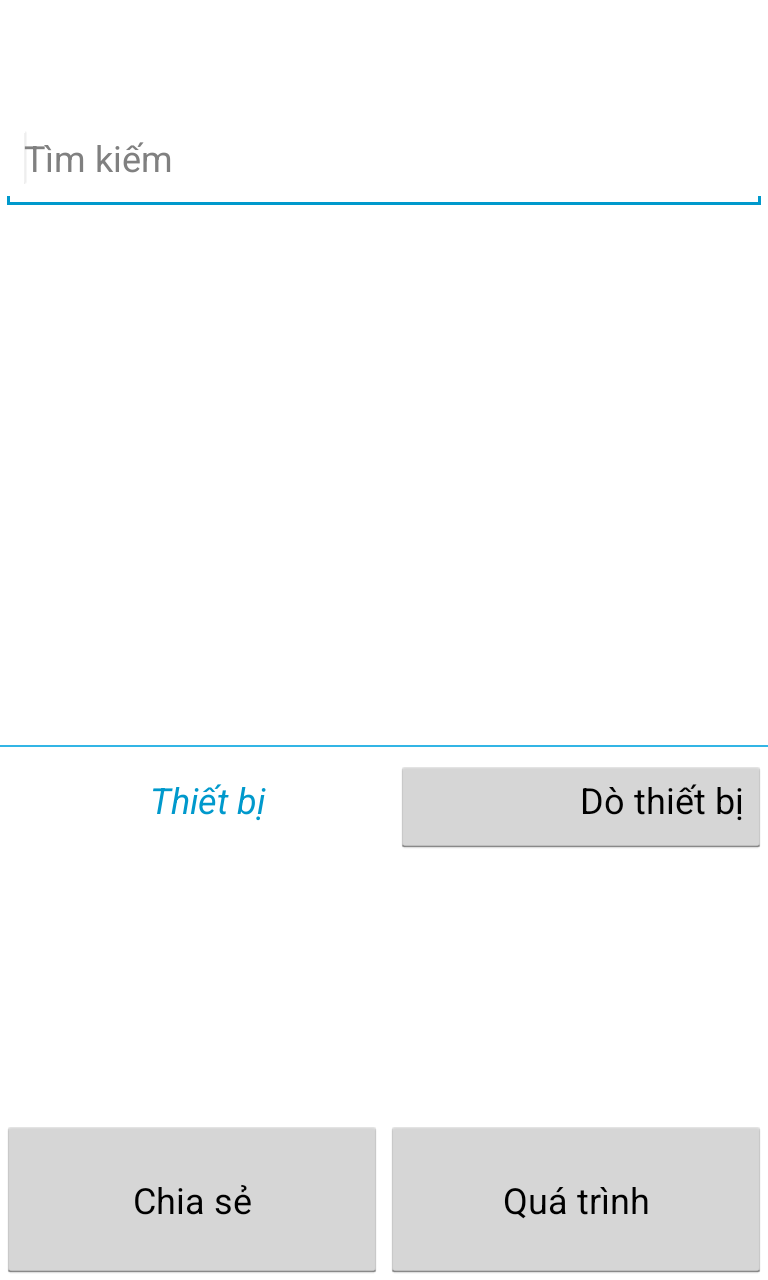
Repository: thinhnk55/android-appshare
Layout: ShareApp/res/layout/activity_main.xml
These files come from the project's save history. The layout is drawn as it stood at one moment and after the next save; the edit follows.
It is drawn on a 768 x 1280 px phone screen (xhdpi) without system bars, with theme AppTheme; the app's code is not run.

Above is the layout before, as saved 2014-07-17 15:50:47.

### ShareApp/res/layout/activity_main.xml
<RelativeLayout xmlns:android="http://schemas.android.com/apk/res/android"
    xmlns:tools="http://schemas.android.com/tools"
    android:layout_width="match_parent"
    android:layout_height="match_parent"
    tools:context=".MainActivity" >

    <TabHost
        android:id="@android:id/tabhost"
        android:layout_width="match_parent"
        android:layout_height="match_parent"
        android:layout_alignParentLeft="true"
        android:layout_alignParentTop="true" >

        <LinearLayout
            android:layout_width="match_parent"
            android:layout_height="match_parent"
            android:orientation="vertical"
            android:weightSum="120" >

            <TabWidget
                android:id="@android:id/tabs"
                android:layout_width="match_parent"
                android:layout_height="0dp"
                android:layout_weight="10" >
            </TabWidget>

            <AutoCompleteTextView
                android:id="@+id/autoCompleteTextView1"
                android:layout_width="match_parent"
                android:layout_height="0dp"
                android:layout_weight="10"
                android:ems="10"
                android:hint="@string/search" >

                <requestFocus
                    android:layout_width="wrap_content"
                    android:layout_height="wrap_content" />
            </AutoCompleteTextView>

            <FrameLayout
                android:id="@android:id/tabcontent"
                android:layout_width="match_parent"
                android:layout_height="0dp"
                android:layout_weight="50" >
            </FrameLayout>

            <View
                android:layout_width="match_parent"
                android:layout_height="1dp"
                android:background="@android:color/holo_blue_light" />

            <LinearLayout
                android:layout_width="match_parent"
                android:layout_height="0dp"
                android:layout_weight="10"
                android:weightSum="20" >

                <TextView
                    android:id="@+id/textView1"
                    android:layout_width="0dp"
                    android:layout_height="match_parent"
                    android:layout_marginLeft="10dp"
                    android:layout_weight="10"
                    android:gravity="center"
                    android:text="@string/device"
                    android:textAppearance="?android:attr/textAppearanceMedium"
                    android:textColor="@android:color/holo_blue_dark"
                    android:textStyle="italic" />

                <Button
                    android:id="@+id/btScan"
                    android:layout_width="0dp"
                    android:layout_height="wrap_content"
                    android:layout_weight="10"
                    android:gravity="right"
                    android:text="@string/scan" />

            </LinearLayout>

            <HorizontalScrollView
                android:id="@+id/horizontalScrollView1"
                android:layout_width="match_parent"
                android:layout_height="0dp"
                android:layout_weight="25" >

                <LinearLayout
                    android:layout_width="wrap_content"
                    android:layout_height="match_parent"
                    android:orientation="horizontal" >
                </LinearLayout>
            </HorizontalScrollView>

            <LinearLayout
                android:layout_width="match_parent"
                android:layout_height="0dp"
                android:layout_weight="15"
                android:weightSum="20" >

                <Button
                    android:id="@+id/button2"
                    android:layout_width="0dp"
                    android:layout_height="match_parent"
                    android:layout_weight="10"
                    android:text="@string/share" />

                <Button
                    android:id="@+id/button3"
                    android:layout_width="0dp"
                    android:layout_height="match_parent"
                    android:layout_weight="10"
                    android:text="@string/progress" />
            </LinearLayout>
        </LinearLayout>
    </TabHost>

</RelativeLayout>

### ShareApp/res/values/strings.xml
<?xml version="1.0" encoding="utf-8"?>
<resources>

    <string name="app_name">ShareApp</string>
    <string name="action_settings">Settings</string>
    <string name="hello_world">Hello world!</string>
    <string name="device">Thiết bị</string>
    <string name="share">Chia sẻ</string>
    <string name="progress">Quá trình</string>
    <string name="search">Tìm kiếm</string>
    <string name="scan">Dò thiết bị</string>

</resources>

Loaded but not shown: ShareApp/res/values/styles.xml (common file); ShareApp/res/values-v11/styles.xml (common file); ShareApp/res/values-v14/styles.xml (common file)

After the next save:
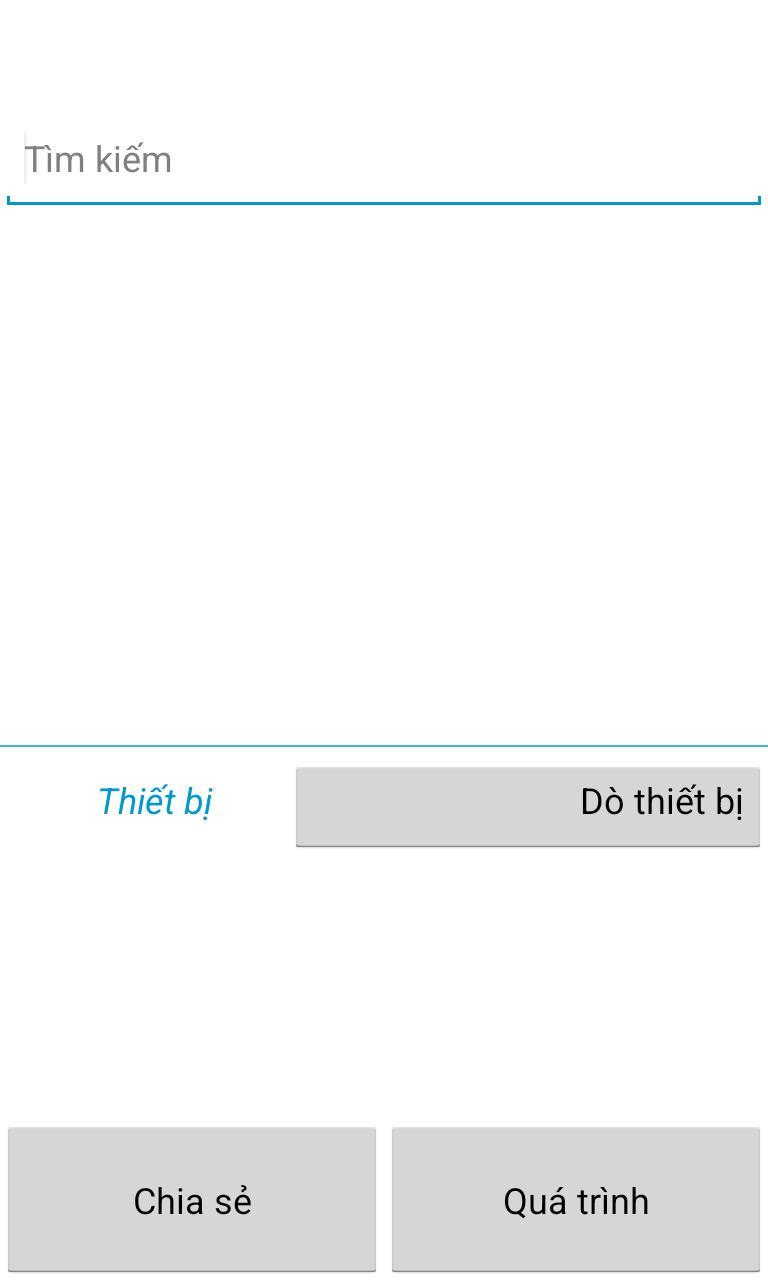
Saved 19 s later.
--- a/ShareApp/res/layout/activity_main.xml
+++ b/ShareApp/res/layout/activity_main.xml
@@ -69,7 +69,7 @@
 
                 <Button
                     android:id="@+id/btScan"
-                    android:layout_width="0dp"
+                    android:layout_width="wrap_content"
                     android:layout_height="wrap_content"
                     android:layout_weight="10"
                     android:gravity="right"

After the save that followed:
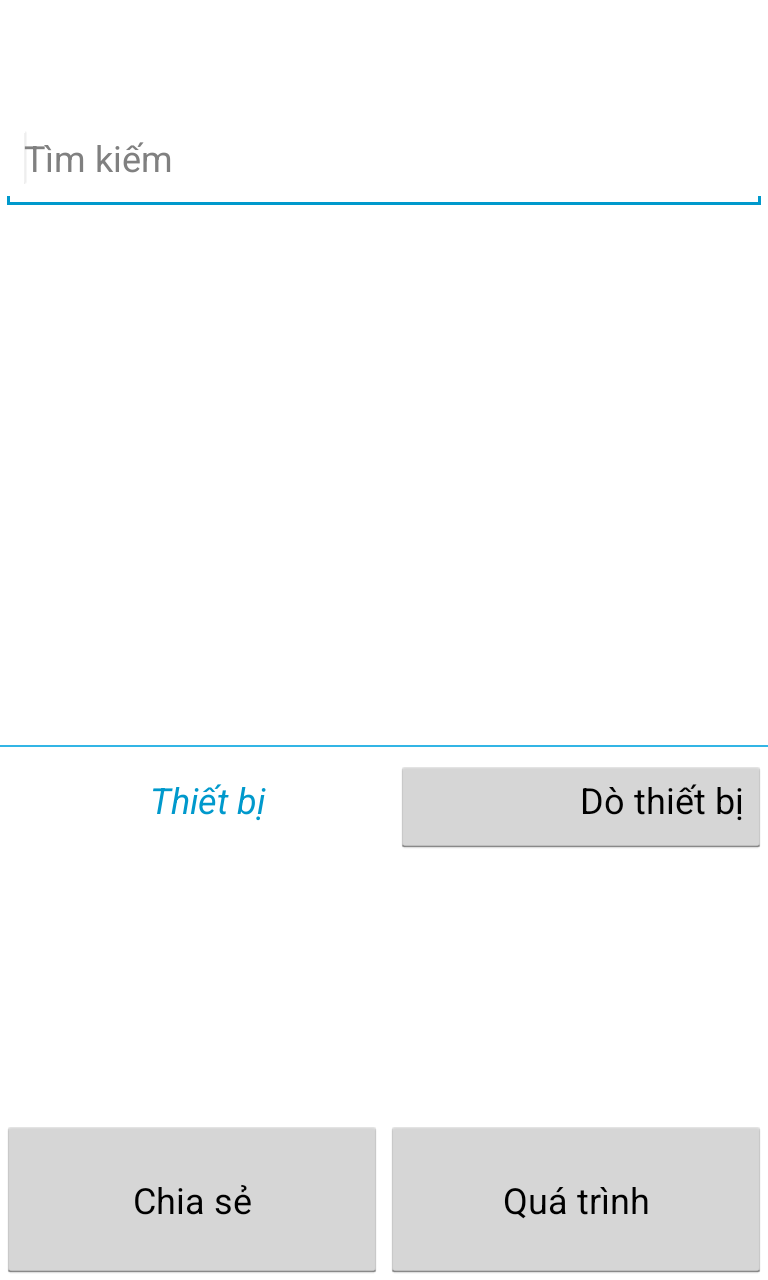
Saved 10 s later.
--- a/ShareApp/res/layout/activity_main.xml
+++ b/ShareApp/res/layout/activity_main.xml
@@ -69,7 +69,7 @@
 
                 <Button
                     android:id="@+id/btScan"
-                    android:layout_width="wrap_content"
+                    android:layout_width="0dp"
                     android:layout_height="wrap_content"
                     android:layout_weight="10"
                     android:gravity="right"
